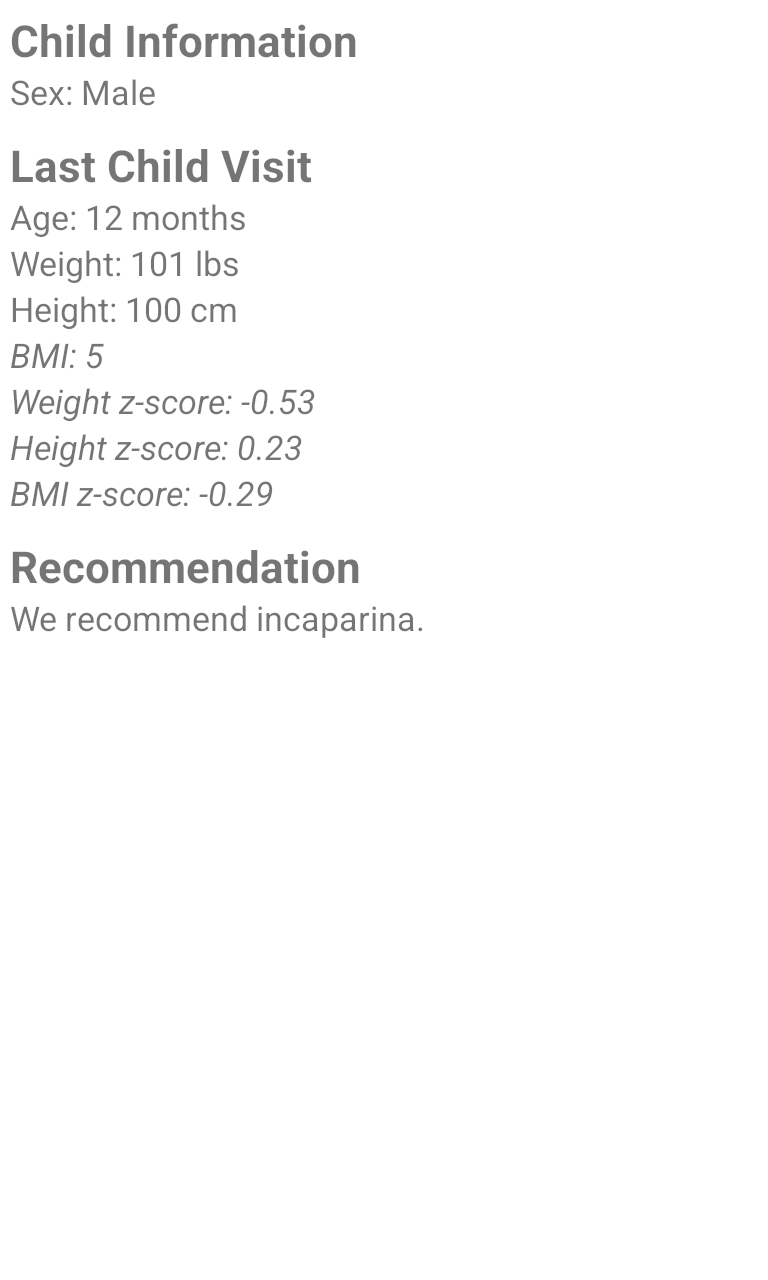
Repository: achavez812/GuatemalaProject2
Layout: GuateMedic-master/GuateMedic/res/layout/fragment_graph_left.xml
The author's editor kept a copy of each file at every save. The layout is drawn from the files as they stood at one save, then again after the next save.
It is drawn on a 768 x 1280 px phone screen (xhdpi) without system bars, with theme AppTheme; the app's code is not run.

Above is the layout before, as saved 2014-07-03 08:17:33.

After the next save:
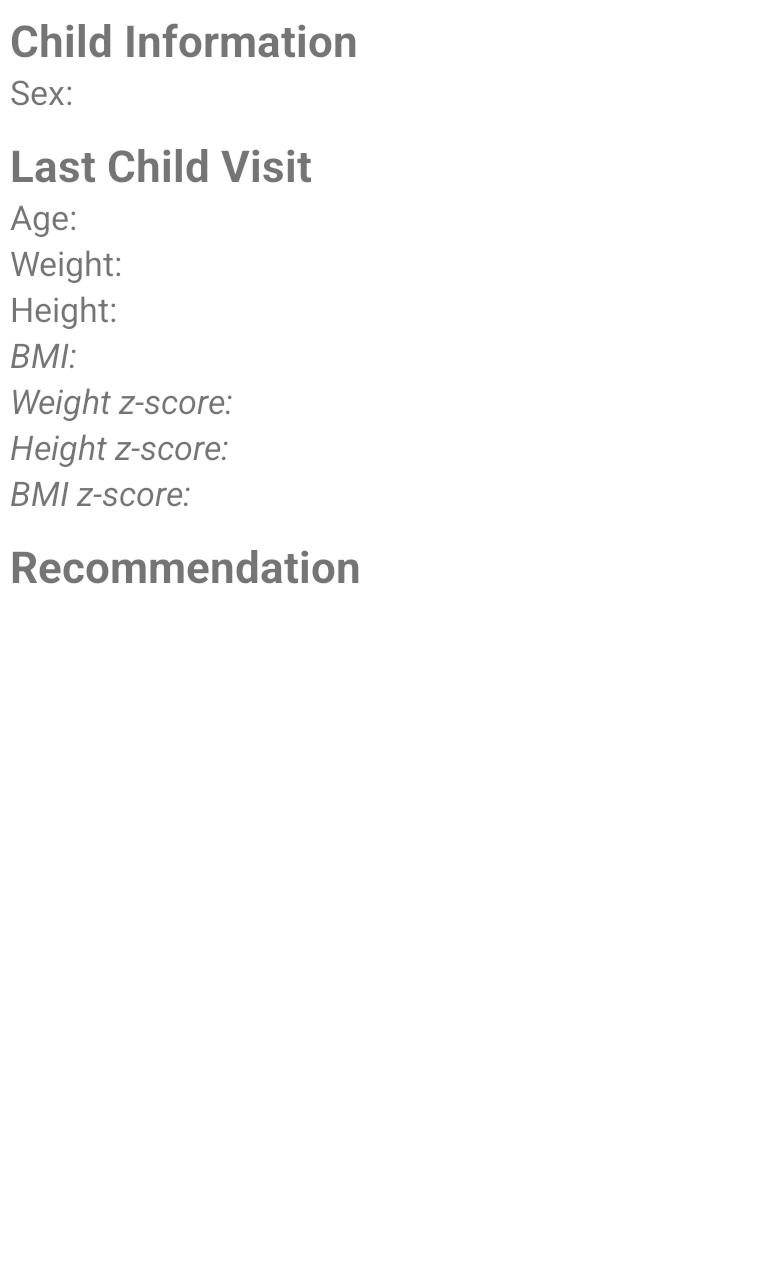
Saved 5 min 45 s later.
--- a/GuateMedic-master/GuateMedic/res/layout/fragment_graph_left.xml
+++ b/GuateMedic-master/GuateMedic/res/layout/fragment_graph_left.xml
@@ -29,7 +29,7 @@
         android:layout_width="wrap_content"
         android:layout_height="wrap_content"
         android:textSize="17sp"
-        android:text="Sex: Male"
+        android:text="Sex: "
         />
 
     <TextView
@@ -55,7 +55,7 @@
         android:layout_width="wrap_content"
         android:layout_height="wrap_content"
         android:textSize="17sp"
-        android:text="Age: 12 months"
+        android:text="Age: "
         />
 
     <TextView
@@ -63,7 +63,7 @@
         android:layout_width="wrap_content"
         android:layout_height="wrap_content"
         android:textSize="17sp"
-        android:text="Weight: 101 lbs"
+        android:text="Weight: "
         />
 
     <TextView
@@ -71,7 +71,7 @@
         android:layout_width="wrap_content"
         android:layout_height="wrap_content"
         android:textSize="17sp"
-        android:text="Height: 100 cm"
+        android:text="Height: "
         />
 
     <TextView
@@ -80,7 +80,7 @@
         android:layout_height="wrap_content"
         android:textStyle="italic"
         android:textSize="17sp"
-        android:text="BMI: 5"
+        android:text="BMI: "
         />
 
     <TextView
@@ -89,7 +89,7 @@
         android:layout_height="wrap_content"
         android:textSize="17sp"
         android:textStyle="italic"
-        android:text="Weight z-score: -0.53"
+        android:text="Weight z-score: "
         />
 
     <TextView
@@ -98,7 +98,7 @@
         android:layout_height="wrap_content"
         android:textSize="17sp"
         android:textStyle="italic"
-        android:text="Height z-score: 0.23"
+        android:text="Height z-score: "
         />
 
     <TextView
@@ -107,7 +107,7 @@
         android:layout_height="wrap_content"
         android:textSize="17sp"
         android:textStyle="italic"
-        android:text="BMI z-score: -0.29"
+        android:text="BMI z-score: "
         />
 
     <TextView
@@ -125,7 +125,7 @@
         android:layout_width="wrap_content"
         android:layout_height="wrap_content"
         android:textSize="17sp"
-        android:text="We recommend incaparina."
+        android:text=""
         />
 
 
